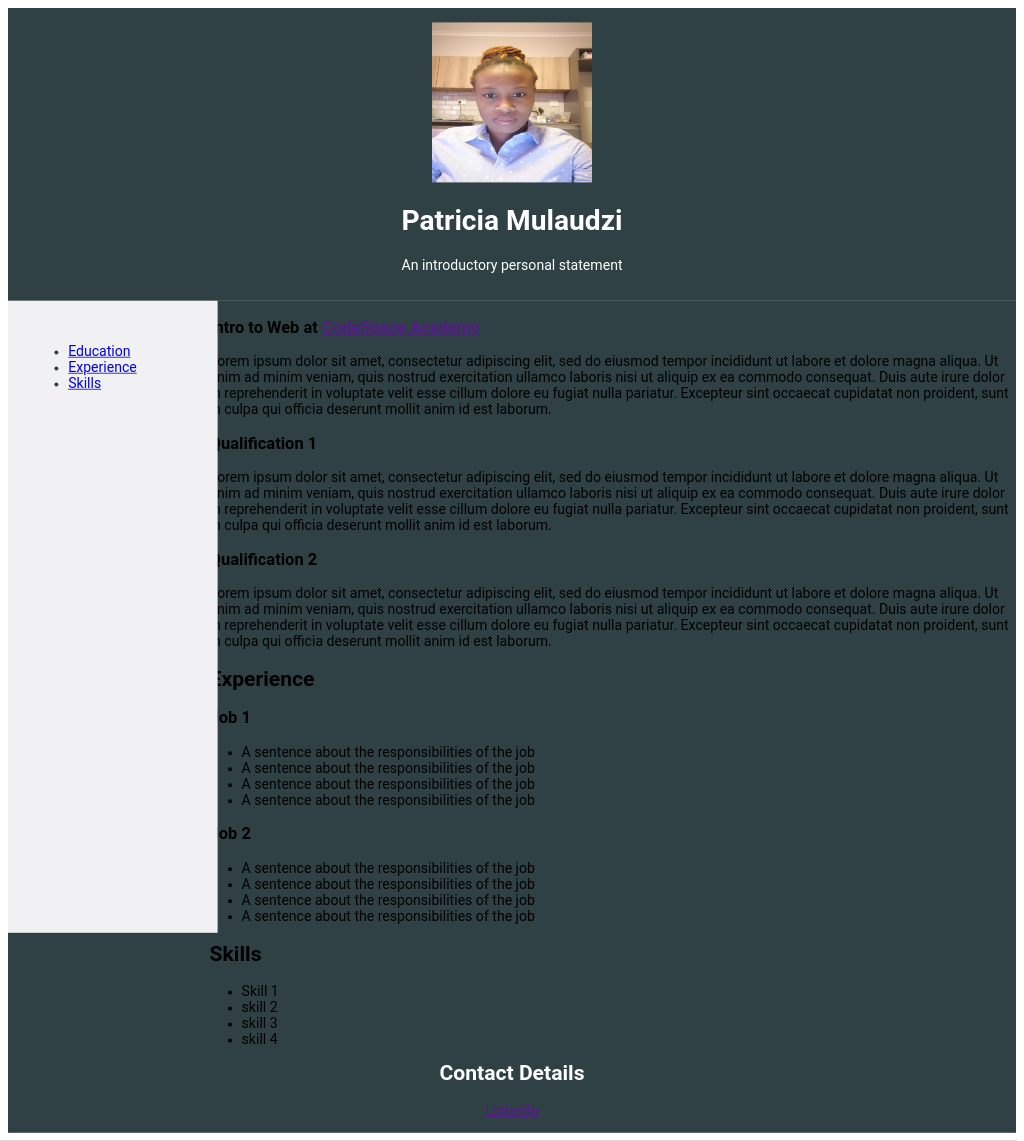
Repository: Patricious/Digital-Resume-01
Page: index.html
An editor plug-in stored every save of this project. The page is shown before and after the next save, followed by the edit.
The browser window is 1280 px wide. The pictures show the whole page, at 80% of full size.

Above is the page before, as saved 2021-08-23 10:44:36.

### index.html
<!DOCTYPE html>
<html>

<head>
    <title>Patricia Digital Resume</title>
    <link rel="stylesheet" type="text/css" href="css/stylesheet.css">
</head>

<body>

    <header>
        <img src="img/IMG_20200502_085519.jpg" alt="profile" width="200" height="200" />
        <h1>Patricia Mulaudzi</h1>
        <p>An introductory personal statement</p>
    </header>
    <aside>

        <ul>
            <li>
                <a href="#education">Education</a>
            </li>
            <li>
                <a href="#experience">Experience</a>
            </li>
            <li>
                <a href="#skills">Skills</a>
            </li>

        </ul>
    </aside>
    <section>


        <article>

            <h3>Intro to Web at
                <a href=""> CodeSpace Academy</a>

            </h3>
            <p>Lorem ipsum dolor sit amet, consectetur adipiscing elit, sed do eiusmod tempor incididunt ut labore et dolore magna aliqua. Ut enim ad minim veniam, quis nostrud exercitation ullamco laboris nisi ut aliquip ex ea commodo consequat. Duis aute
                irure dolor in reprehenderit in voluptate velit esse cillum dolore eu fugiat nulla pariatur. Excepteur sint occaecat cupidatat non proident, sunt in culpa qui officia deserunt mollit anim id est laborum.</p>
            <h3>Qualification 1</h3>
            <p>Lorem ipsum dolor sit amet, consectetur adipiscing elit, sed do eiusmod tempor incididunt ut labore et dolore magna aliqua. Ut enim ad minim veniam, quis nostrud exercitation ullamco laboris nisi ut aliquip ex ea commodo consequat. Duis aute
                irure dolor in reprehenderit in voluptate velit esse cillum dolore eu fugiat nulla pariatur. Excepteur sint occaecat cupidatat non proident, sunt in culpa qui officia deserunt mollit anim id est laborum.</p>

            <h3>Qualification 2</h3>
            <p>Lorem ipsum dolor sit amet, consectetur adipiscing elit, sed do eiusmod tempor incididunt ut labore et dolore magna aliqua. Ut enim ad minim veniam, quis nostrud exercitation ullamco laboris nisi ut aliquip ex ea commodo consequat. Duis aute
                irure dolor in reprehenderit in voluptate velit esse cillum dolore eu fugiat nulla pariatur. Excepteur sint occaecat cupidatat non proident, sunt in culpa qui officia deserunt mollit anim id est laborum.</p>

            <h2 id="#experience">Experience</h2>
            <h3>Job 1</h3>
            <ul>
                <li>A sentence about the responsibilities of the job</li>
                <li>A sentence about the responsibilities of the job</li>
                <li>A sentence about the responsibilities of the job</li>
                <li>A sentence about the responsibilities of the job</li>
            </ul>

            <h3>Job 2</h3>
            <ul>
                <li>A sentence about the responsibilities of the job</li>
                <li>A sentence about the responsibilities of the job</li>
                <li>A sentence about the responsibilities of the job</li>
                <li>A sentence about the responsibilities of the job</li>
            </ul>

            <h2 id="#skills">Skills</h2>
            <ul>
                <li>Skill 1</li>
                <li> skill 2</li>
                <li> skill 3</li>
                <li> skill 4 </li>
            </ul>
        </article>
    </section>
    <footer>
        <h2 id="#contact">Contact Details</h2>
        <a href=""> LinkedIn</a>
    </footer>
</body>

</html>

### css/stylesheet.css
body {
    font-family: 'Roboto', sans-serif;
    font-size: 110%;
    background-color: #ffffff;
    margin: 10px;
}

header {
    text-align: center;
    background-color: #304145;
    color: #ffffff;
    padding: 1em;
}

aside {
    background-color: #F1F1F3;
    color: #304145;
    width: 15%;
    padding: 2em;
    height: 100%;
    float: left;
    position: absolute;
    flex: 0 0 auto;
}

section {
    float: right;
    margin-left: 20%;
    background-color: #304145;
}

footer {
    background-color: #304145;
    text-align: center;
    color: #ffffff;
    padding: 1em;
}

After the next save:
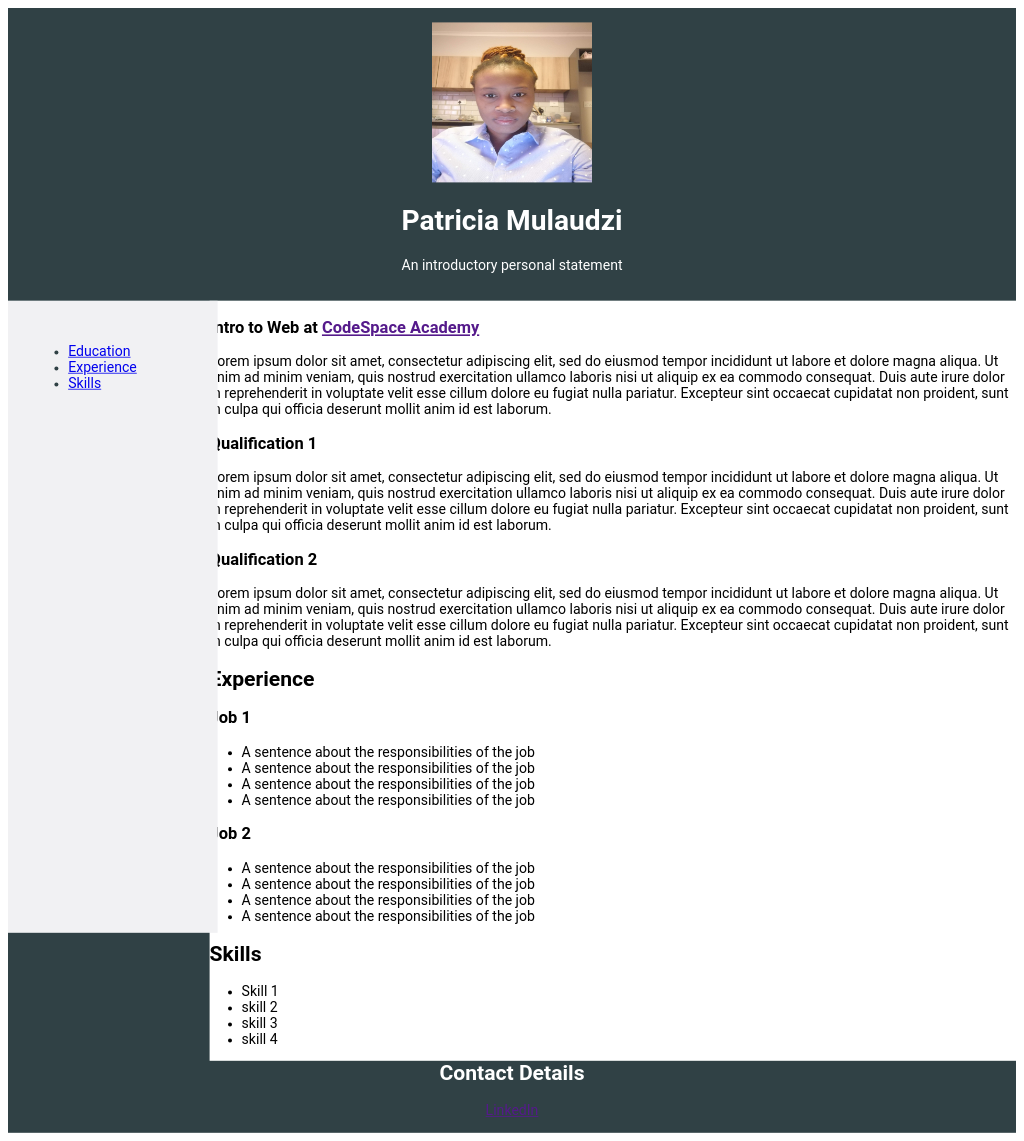
Saved 4 s later.
--- a/css/stylesheet.css
+++ b/css/stylesheet.css
@@ -26,7 +26,7 @@ aside {
 section {
     float: right;
     margin-left: 20%;
-    background-color: #304145;
+    background-color: #ffffff;
 }
 
 footer {
